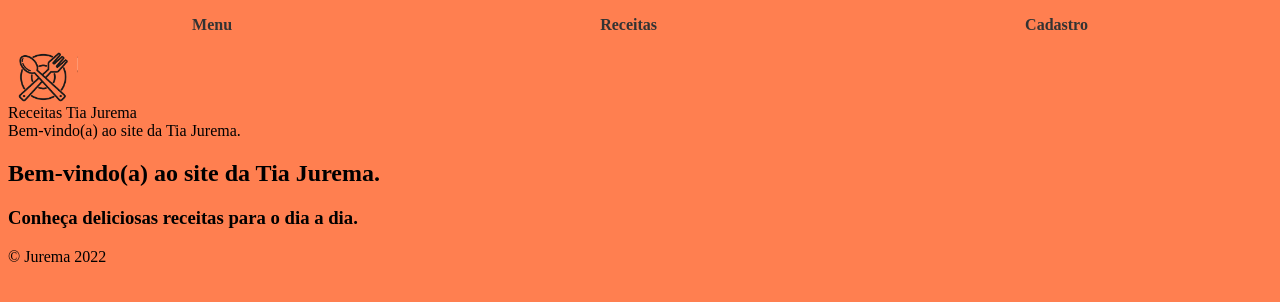
Repository: devropaes/RECEITAS
Page: OneDrive/Área de Trabalho/Estudos/Estácio/receitas/menu.html
The author's editor kept a copy of each file at every save. The page is drawn from the files as they stood at one save, then again after the next save.
The browser window is 1280 px wide. The pictures show the whole page.
Some web libraries are served in a nearby version.

Above is the page before, as saved 2024-03-12 13:09:39.

After the next save:
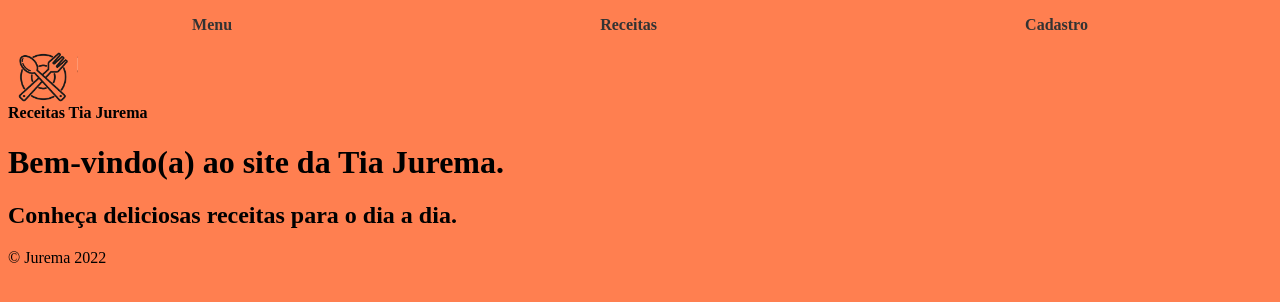
Saved 6 min 14 s later.
--- a/OneDrive/Área de Trabalho/Estudos/Estácio/receitas/menu.html
+++ b/OneDrive/Área de Trabalho/Estudos/Estácio/receitas/menu.html
@@ -22,12 +22,11 @@
 
     <main class="logo">
         <img src="./assets/Foto3.png" alt="logo">
-              <a class = "receitas__tia__jurema"> Receitas Tia Jurema </a>
-              <div class=" apresentacao">Bem-vindo(a) ao site da Tia Jurema.</div>
-
-              <h2>Bem-vindo(a) ao site da Tia Jurema.</h2>
-              <h3>Conheça deliciosas receitas para o dia a dia.</h3>
-
+              <a class = "receitas__tia__jurema"> <strong>Receitas Tia Jurema</strong> </a>
+              <div class=" apresentacao">
+                <h1>Bem-vindo(a) ao site da Tia Jurema.</h1>
+                <h2>Conheça deliciosas receitas para o dia a dia.</h2>
+            </div>
 
       </main>
       </body>
